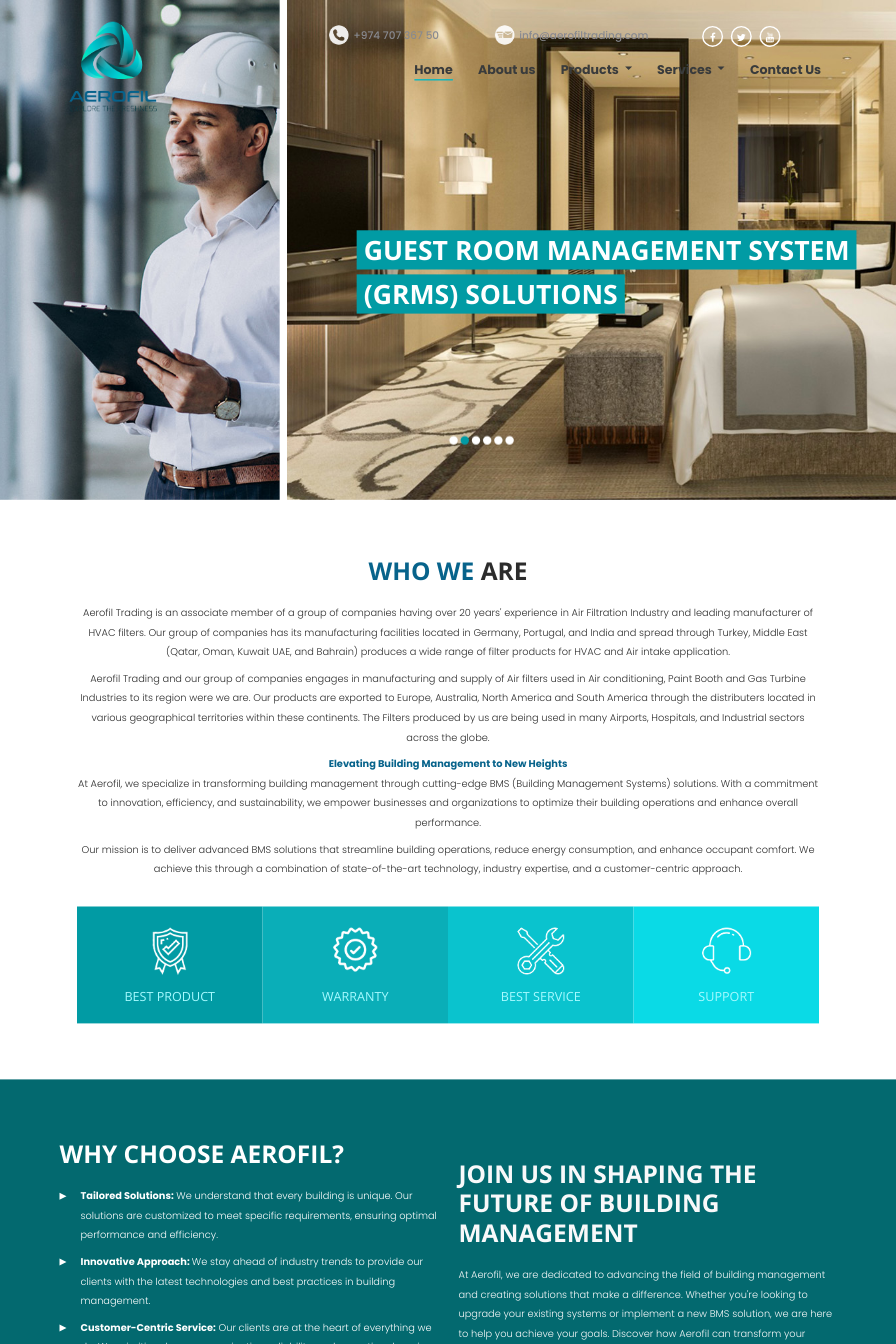
Repository: aslamvrtly/aerofil
Page: index.html
These files come from the project's save history. The page is drawn as it stood at one moment and after a run of saves; the edit follows.
The browser window is 1280 px wide. The pictures show the part of the page from y = 0 to 1920 px (the page is 5213 px tall), at 70% of full size.

Above is the page before, as saved 2024-09-05 14:40:22.

After the next 3 saves:
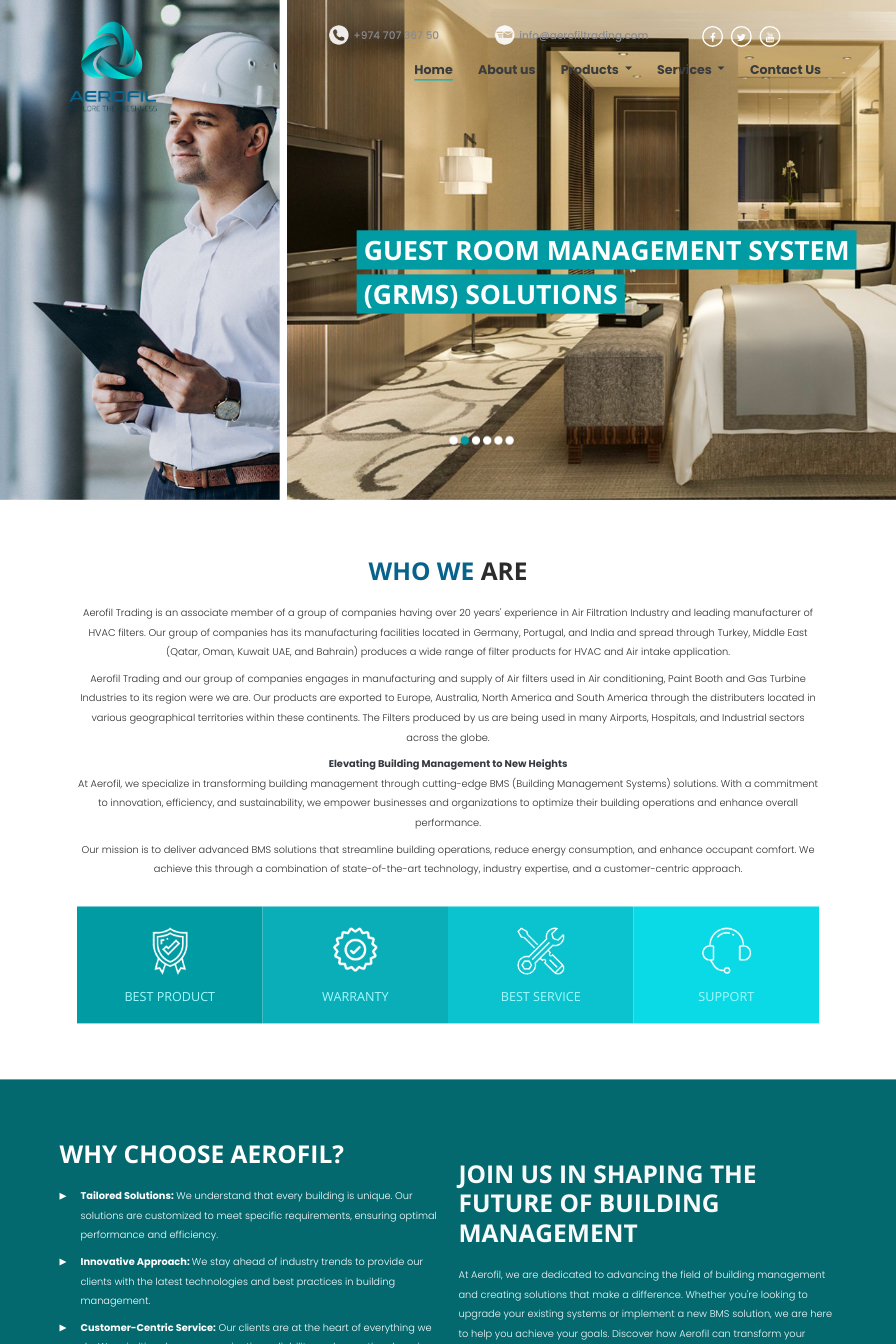
The 3 saves are shown as one change because they came seconds apart.
The last was saved 13 s later.
--- a/index.html
+++ b/index.html
@@ -182,7 +182,7 @@
 						territories within these continents. The Filters produced by us are being used in many Airports,
 						Hospitals, and Industrial sectors across the globe.</p>
 					<p class="text-center">
-						<span class="font-weight-bold">Elevating Building Management to New Heights</span><br>
+						<span class="font-weight-bold text-dark">Elevating Building Management to New Heights</span><br>
 						At Aerofil, we specialize in transforming building management through cutting-edge BMS (Building
 						Management Systems) solutions. With a commitment to innovation, efficiency, and sustainability,
 						we empower businesses and organizations to optimize their building operations and enhance
